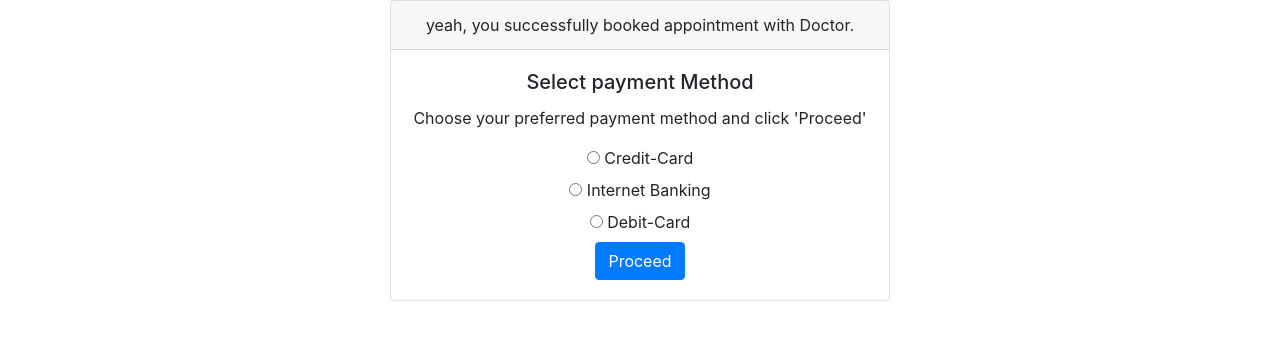
Repository: keerthi-ramya/SpringBoot
Page: http://localhost/Booked
The author's editor kept a copy of each file at every save. The page is drawn from the files as they stood at one save, then again after the next save.
The browser window is 1280 px wide. The pictures show the whole page.
Some web libraries are served in a nearby version. The page is this project's Thymeleaf template; nobody is signed in. The template is opened directly, without the code that normally fills it, so the values that code supplies are empty.

Above is the page before, as saved 2023-01-19 11:30:40.

After the next save:
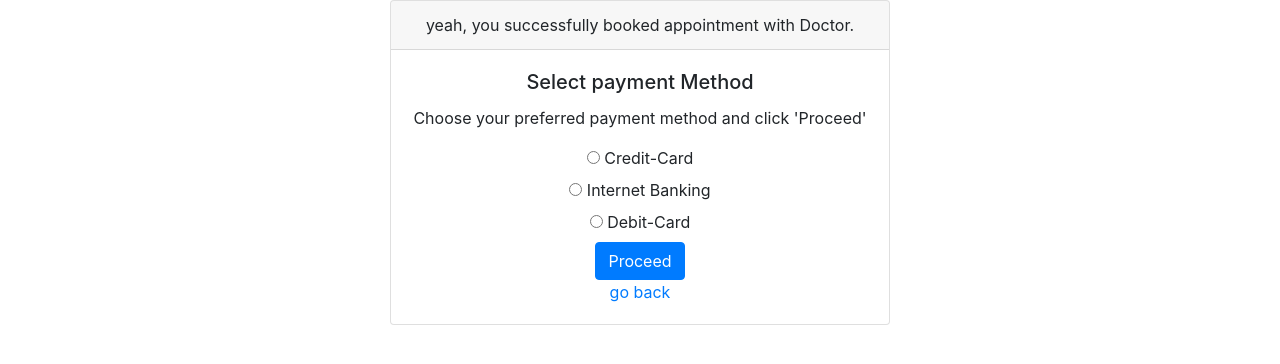
Saved 5 min 51 s later.
--- a/ResourceBooking-POC/src/main/resources/templates/Booked.html
+++ b/ResourceBooking-POC/src/main/resources/templates/Booked.html
@@ -40,7 +40,11 @@
     <label for="Debit- Card">Debit-Card</label>
 <br>
     <a href="@{/payment/{pid}/{did} (pid=${patient.id}, did=${doctor.id})}" class="btn btn-primary">Proceed</a>
+    <p class="mb-0">
+			<a th:href="@{/login_patient}">go back</a>
+		</p>
   </div>
+
 </div>
 
 </body>
